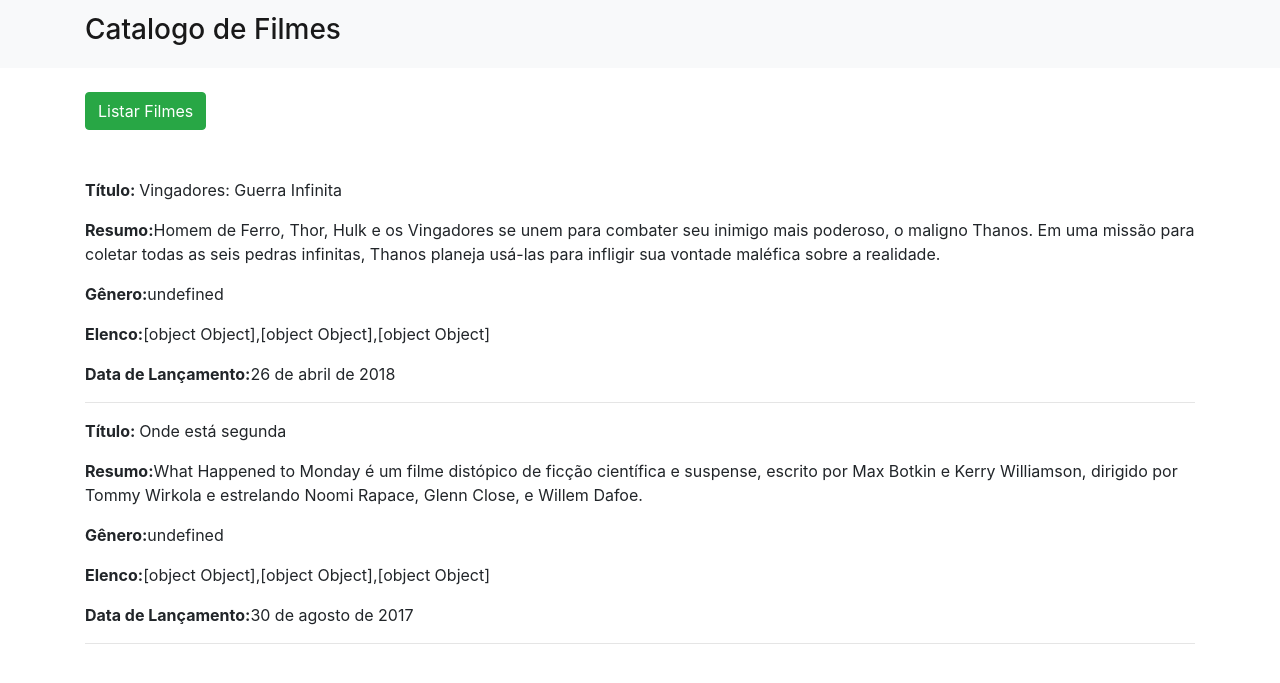
Repository: FredeRibeiro/htdocs-Desenvolvimento-Web-Completo-2019
Page: ajax/filmes.html
These files come from the project's save history. The page is drawn as it stood at one moment and after a run of saves; the edit follows.
The browser window is 1280 px wide. The pictures show the whole page.
After loading, the first visible `button.btn` was clicked once.

Above is the page before, as saved 2019-10-16 13:36:43.

After the next 2 saves:
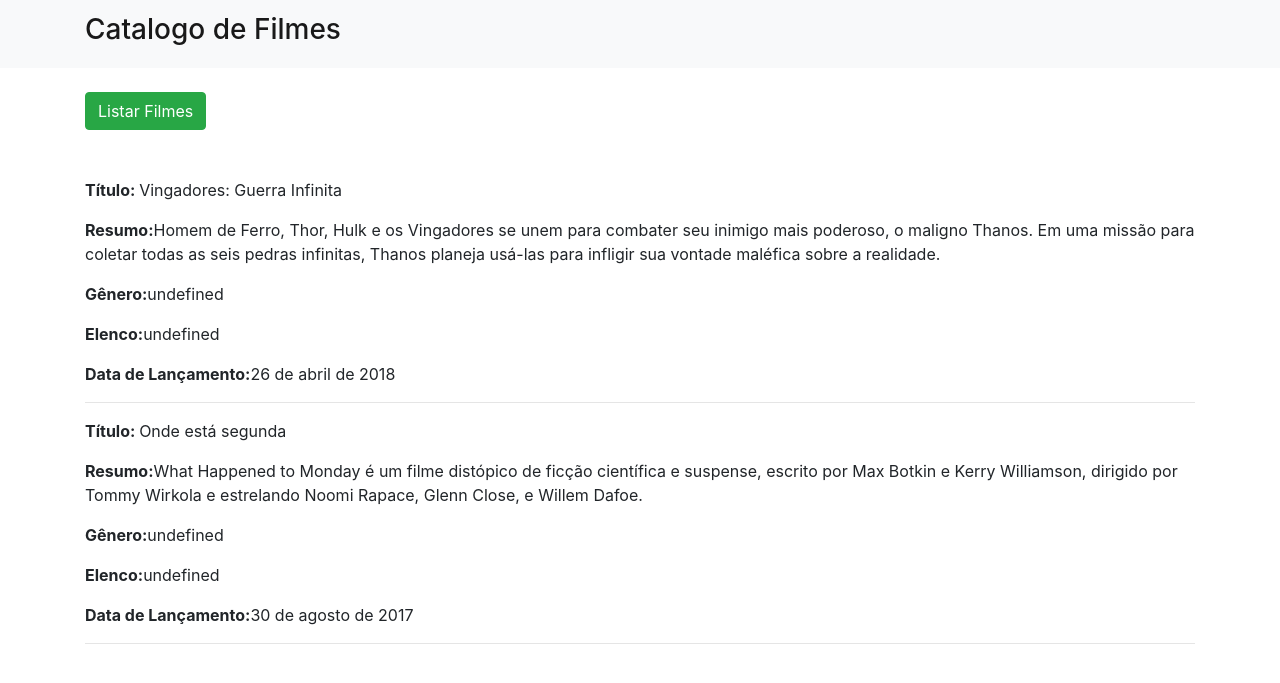
The 2 saves are shown as one change because they came seconds apart.
The last was saved 34 s later.
--- a/ajax/filmes.html
+++ b/ajax/filmes.html
@@ -44,7 +44,7 @@
 							let p3 = document.createElement('p')
 								p3.innerHTML = '<strong> Gênero:</strong>'  + item['genero']['#text'] ;
 							let p4 = document.createElement('p')
-								p4.innerHTML = '<strong> Elenco:</strong>'  + item['elenco']['ator'] ;
+								p4.innerHTML = '<strong> Elenco:</strong>'  + item['elenco']['ator']['#texto'] ;
 							let p5 = document.createElement('p')
 								p5.innerHTML = '<strong> Data de Lançamento:</strong>'  + item['dataLancamento']['#text'] ;
 
